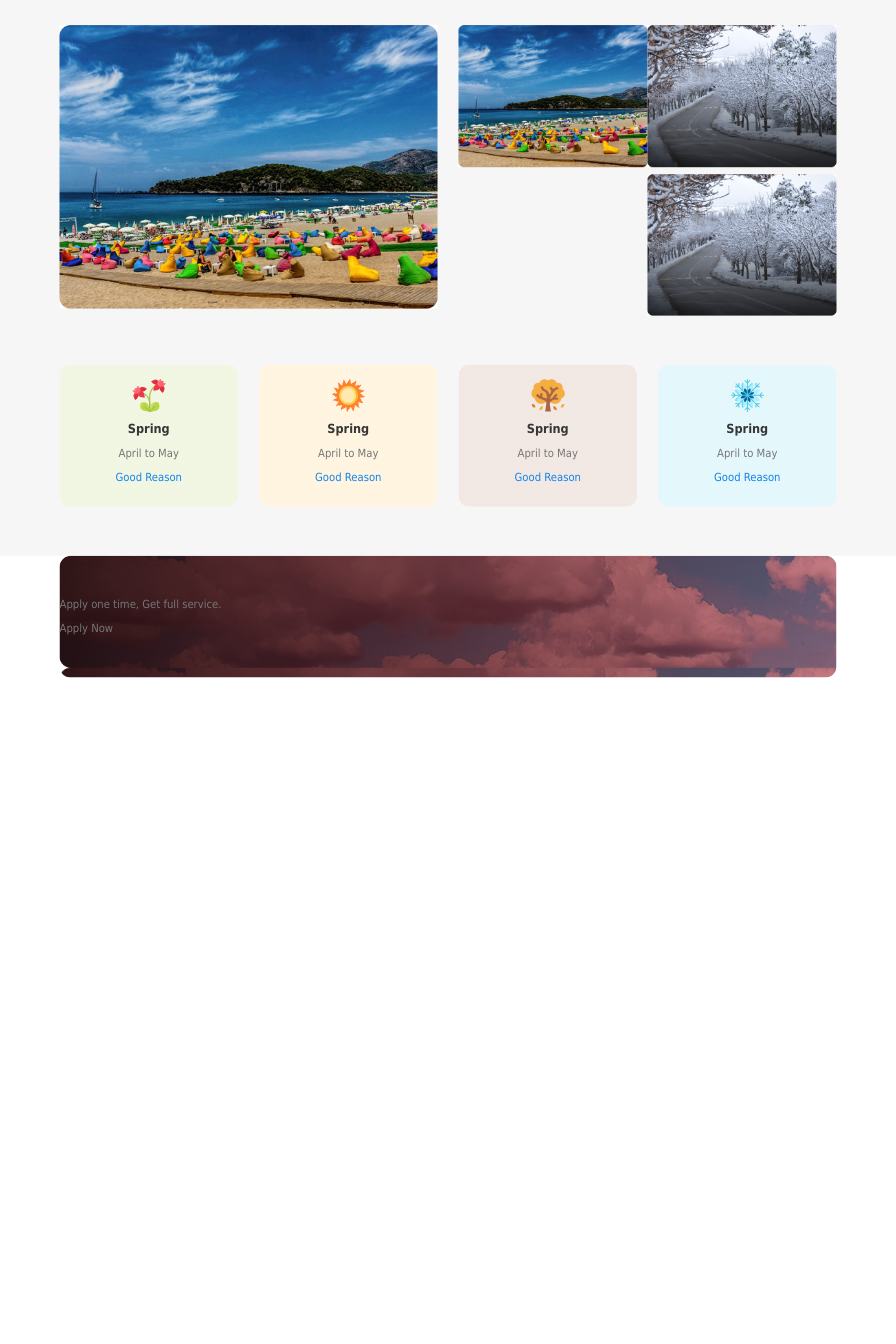
Repository: cvminhquan/turkey
Page: index.html
The author's editor kept a copy of each file at every save. The page is drawn from the files as they stood at one save, then again after the next save.
The browser window is 1280 px wide. The pictures show the part of the page from y = 3017 to 4937 px (the page is 30000 px tall), at 70% of full size.
The style sheet was rebuilt from its Sass, Less or Tailwind sources for each picture, by a compiler version that may differ from the author's.

Above is the page before, as saved 2022-09-15 22:35:50.

After the next save:
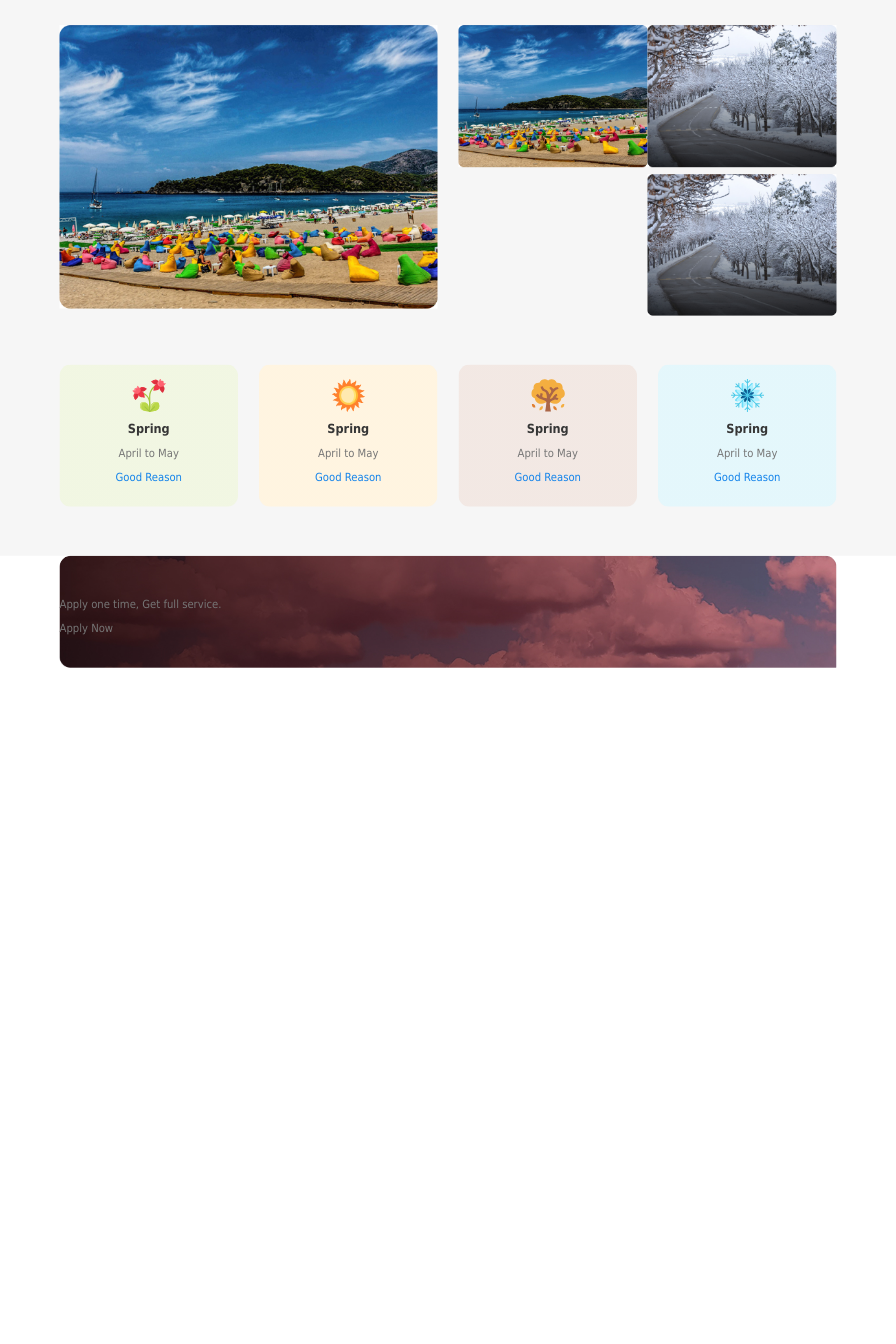
Saved 24 s later.
--- a/scss/main.scss
+++ b/scss/main.scss
@@ -215,5 +215,5 @@ header {}
 //section whychooseus
 .ad-infor {
     padding: 58px 0;
-    background: url(../images/img-ad.jpg);
-}
+    background: url(../images/img-ad.jpg) no-repeat;
+}
